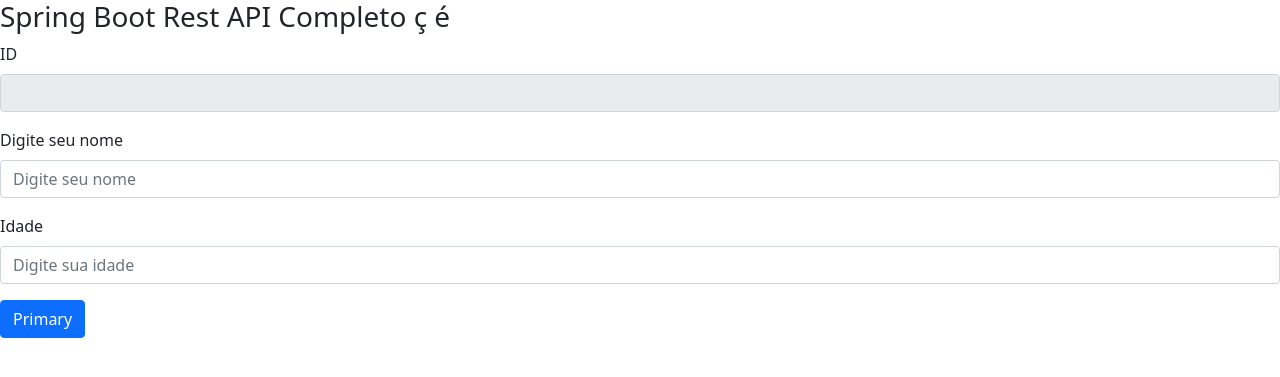
Repository: aldo-pereira22/projeto-srping-boot-1
Page: back-end/springboot-rest-api-sample/src/main/resources/static/index.html
These files come from the project's save history. The page is drawn as it stood at one moment and after the next save; the edit follows.
The browser window is 1280 px wide. The pictures show the whole page.

Above is the page before, as saved 2021-06-08 20:00:48.

### back-end/springboot-rest-api-sample/src/main/resources/static/index.html
<html>

<head>

	<meta charset="utf-8">
	<title> Srping Boot com </title>
	<!-- Bootstrap CSS -->
	<link href="https://cdn.jsdelivr.net/npm/bootstrap@5.0.1/dist/css/bootstrap.min.css" rel="stylesheet"
		integrity="sha384-+0n0xVW2eSR5OomGNYDnhzAbDsOXxcvSN1TPprVMTNDbiYZCxYbOOl7+AMvyTG2x" crossorigin="anonymous">

</head>

<body>
	<h3> Spring Boot Rest API Completo ç é </h3>


	<form action="" id="formCadastroUser">
		<div class="mb-3">
			<label for="id" class="form-label">ID</label>
			<input type="text" class="form-control" id="id" readonly="readonly">
		</div>

		<div class="mb-3">
			<label for="nome" class="form-label">Digite seu nome</label>
			<input type="text" class="form-control" id="nome" required="required" placeholder="Digite seu nome">
		</div>
		<div class="mb-3">
			<label for="idade" class="form-label"> Idade </label>
			<input type="number" class="form-control" id="idade" required="required" placeholder="Digite sua idade">
		</div>


	</form>
	<button type="button" class="btn btn-primary">Primary</button>

	<script src="https://code.jquery.com/jquery-3.6.0.min.js" integrity="sha256-/xUj+3OJU5yExlq6GSYGSHk7tPXikynS7ogEvDej/m4=" crossorigin="anonymous"></script>
	<!-- Option 1: Bootstrap Bundle with Popper -->
	<script src="https://cdn.jsdelivr.net/npm/bootstrap@5.0.1/dist/js/bootstrap.bundle.min.js"
		integrity="sha384-gtEjrD/SeCtmISkJkNUaaKMoLD0//ElJ19smozuHV6z3Iehds+3Ulb9Bn9Plx0x4"
		crossorigin="anonymous"></script>
</body>

</html>

After the next save:
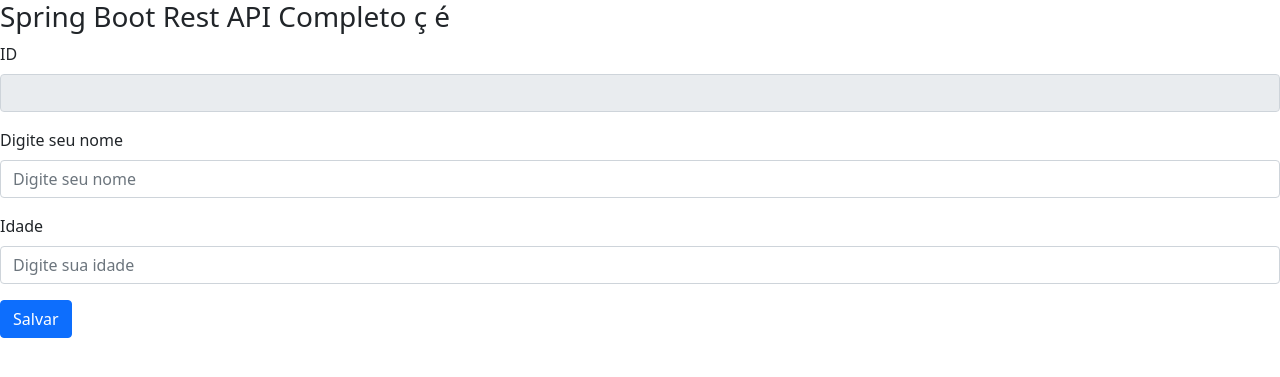
Console error (its wording comes from the project's code and is left out).
Saved 3 min 5 s later.
--- a/back-end/springboot-rest-api-sample/src/main/resources/static/index.html
+++ b/back-end/springboot-rest-api-sample/src/main/resources/static/index.html
@@ -31,13 +31,18 @@
 
 
 	</form>
-	<button type="button" class="btn btn-primary">Primary</button>
+	<button type="button" class="btn btn-primary" onclick="salvarUsuario()" >Salvar</button>
 
 	<script src="https://code.jquery.com/jquery-3.6.0.min.js" integrity="sha256-/xUj+3OJU5yExlq6GSYGSHk7tPXikynS7ogEvDej/m4=" crossorigin="anonymous"></script>
 	<!-- Option 1: Bootstrap Bundle with Popper -->
 	<script src="https://cdn.jsdelivr.net/npm/bootstrap@5.0.1/dist/js/bootstrap.bundle.min.js"
 		integrity="sha384-gtEjrD/SeCtmISkJkNUaaKMoLD0//ElJ19smozuHV6z3Iehds+3Ulb9Bn9Plx0x4"
 		crossorigin="anonymous"></script>
+		<script type="text/javascript">
+			function salvarUsuario(){
+				var id = $(#id).val();
+			}
+		 </script>
 </body>
 
 </html>
